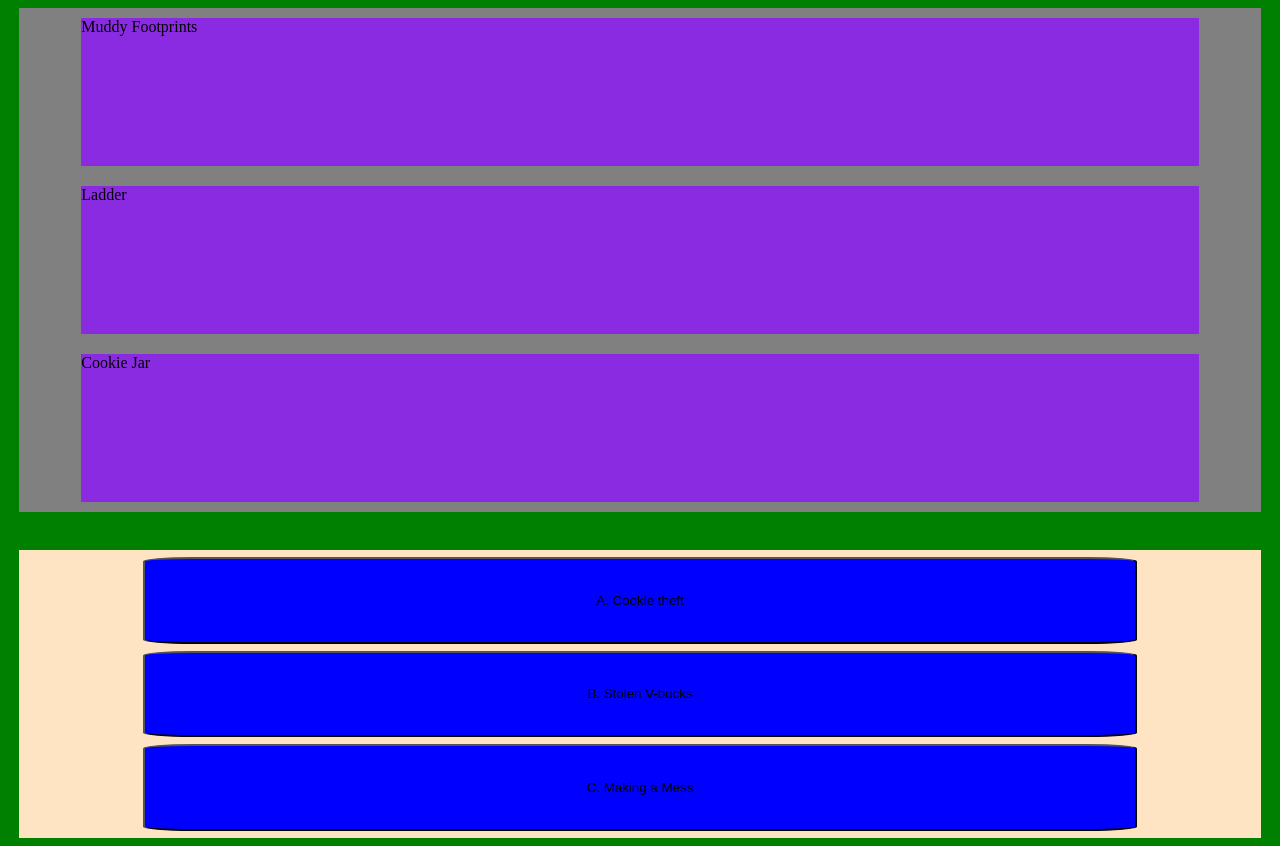
Repository: nguyenlejoe/Dynamic_notSoSherlock
Page: Alex Inductive Thinking/MultiChoice.html
An editor plug-in stored every save of this project. The page is shown before and after the next save, followed by the edit.
The browser window is 1280 px wide. The pictures show the whole page.

Above is the page before, as saved 2020-03-07 18:27:41.

### Alex Inductive Thinking/MultiChoice.html
<!DOCTYPE html>
<html>
    <head>
        <title>Inductive Thinking</title>
        <link rel="stylesheet" href="MultiChoice.css">
    </head>
    <body>
        <div id="clueStage">
            <div id="crimeScene">
                <div class="evidence" id="clue1" onclick="displayClue1()"></div>
                <div class="evidence" id="clue2" onclick="displayClue2()"></div>
                <div class="evidence" id="clue3" onclick="displayClue3()"></div>
            </div>
            <div id="multiChoice">
                <button class="InductiveChoice" name="1" id="buttonA">1</button>
                <button class="InductiveChoice" name="2" id="buttonB">2</button>
                <button class="InductiveChoice" name="3" id="buttonC">3</button>
        </div>
        </div>
        <script src="MultiChoice.js"></script>
    </body>

</html>

### Alex Inductive Thinking/MultiChoice.css

body{
    background-color: green;
}
#clueStage{
    display: flex;
    flex-direction: column;
    align-items: center;
}

#crimeScene{
    display: flex;
    flex-direction: column;
    height: 70vh;
    width: 97vw;
    background-color: grey;
    justify-content: center;
    align-items: center;

}
.evidence{
    width: 90%;
    height: 300px;
    background-color: blueviolet;
    margin: 10px;
}





#multiChoice{
    background-color:bisque;
    width: 97vw;
    height: 40vh;
    margin-top: 3%;
    display: flex;
    flex-direction: column;
    justify-content: space-evenly;
    justify-items: center;
    align-items: center;
}

.InductiveChoice{
    width: 80%;
    height: 30%;
    background-color: blue;
    border-radius: 05%;
}

### Alex Inductive Thinking/MultiChoice.js




///////////////////////////  OBJECTS  /////////////////////////
var Clues =[
    {
    item: "Muddy Footprints",
    description: "It seems like the culprit left muddy footprints upon the floor! ",
    multiChoice: [
        choiceA = ["A. Cookie theft", 1],
        choiceB = ["B. Stolen V-bucks", 2],
        choiceC = ["C. Making a Mess", 3]
        ],

    },

    {
        item: "Ladder",
        description: "I'm curious as to why is this ladder next to the counter!",
        multiChoice: [
            choiceA = ["A. Cookie theft", 1],
            choiceB = ["B. Stolen V-bucks", 2],
            choiceC = ["C. Making a Mess", 3]
            ],
    },

    {
        item: "Cookie Jar",
        description: " Hmmm intriguing, this cookie jar seems rather empty I wonder where all the cookies went? ",
        multiChoice: [
            choiceA = ["A. Cookie theft", 1],
            choiceB = ["B. Stolen V-bucks", 2],
            choiceC = ["C. Making a Mess", 3]
            ],
    }
]
   /* var multiChoice = [
        {a: "Cookie theft"},
        {b: "Stolen V-bucks"},
        {c: "Making a Mess"},
    ],
] */
///////////////////////////  MULTI CHOICE QUESTION  /////////////////////////


function addChoices(){
    document.querySelector("#buttonA").innerHTML =  Clues[0].multiChoice[0][0];
    document.querySelector("#buttonB").innerHTML =  Clues[0].multiChoice[1][0];
    document.querySelector("#buttonC").innerHTML =  Clues[0].multiChoice[2][0];
}
addChoices();


///////////////////////////  ADDING CLUES  /////////////////////////


function addClues(){
    document.querySelector("#clue1").innerHTML = Clues[0].item;
    document.querySelector("#clue2").innerHTML = Clues[1].item;
    document.querySelector("#clue3").innerHTML = Clues[2].item;
}
addClues()

///////////////////////////  CLUE DETAIL DISPLAY  /////////////////////////

function displayClue1(){
    alert(Clues[0].description);
}

function displayClue2(){
    alert(Clues[1].description);
}

function displayClue3(){
    alert(Clues[2].description);
}



///////////////////////////  CHECK ANSWER    /////////////////////////
/* var evidence = document.getElementsByClassName("InductiveChoice");

switch(evidence){
    case 1:
        console.log("You are Correct");
        break;
    case "2":
        console.log("You are Incorrect");
        break;
    case "3":
        console.log("You are Incorrectish");
        break;
}
*/

console.log(Clues[0].multiChoice[0][1])

After the next save:
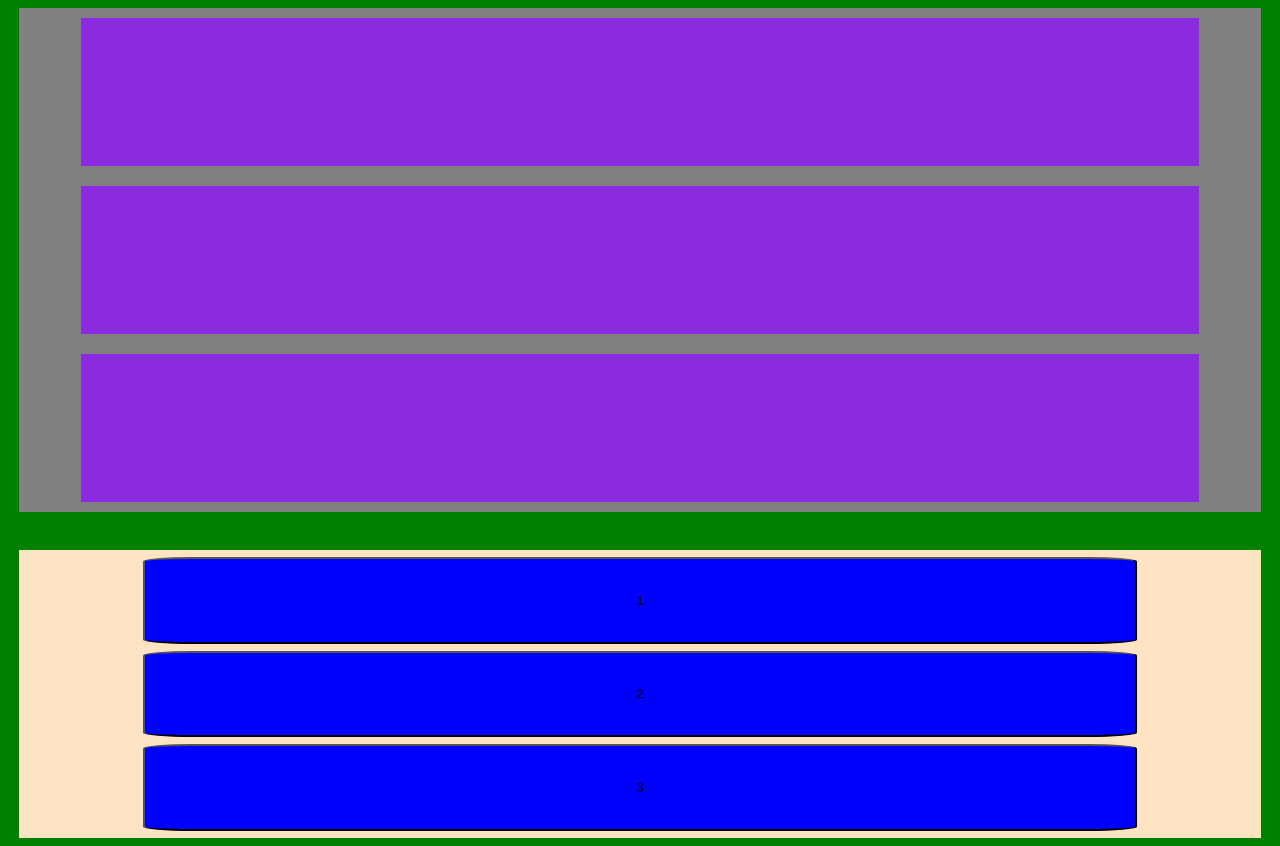
Console error: SyntaxError: Unexpected token ')'
Saved 2 min 29 s later.
--- a/Alex Inductive Thinking/MultiChoice.js
+++ b/Alex Inductive Thinking/MultiChoice.js
@@ -94,4 +94,13 @@
 }
 */
 
+var A = Clues[0].multiChoice[0][1];
+var B = Clues[0].multiChoice[1][1];
+var C = Clues[0].multiChoice[2][1];
 console.log(Clues[0].multiChoice[0][1])
+console.log(Clues[0].multiChoice[1][1])
+console.log(Clues[0].multiChoice[2][1])
+
+function Answer(){
+    if()
+}

After the 4 saves that followed:
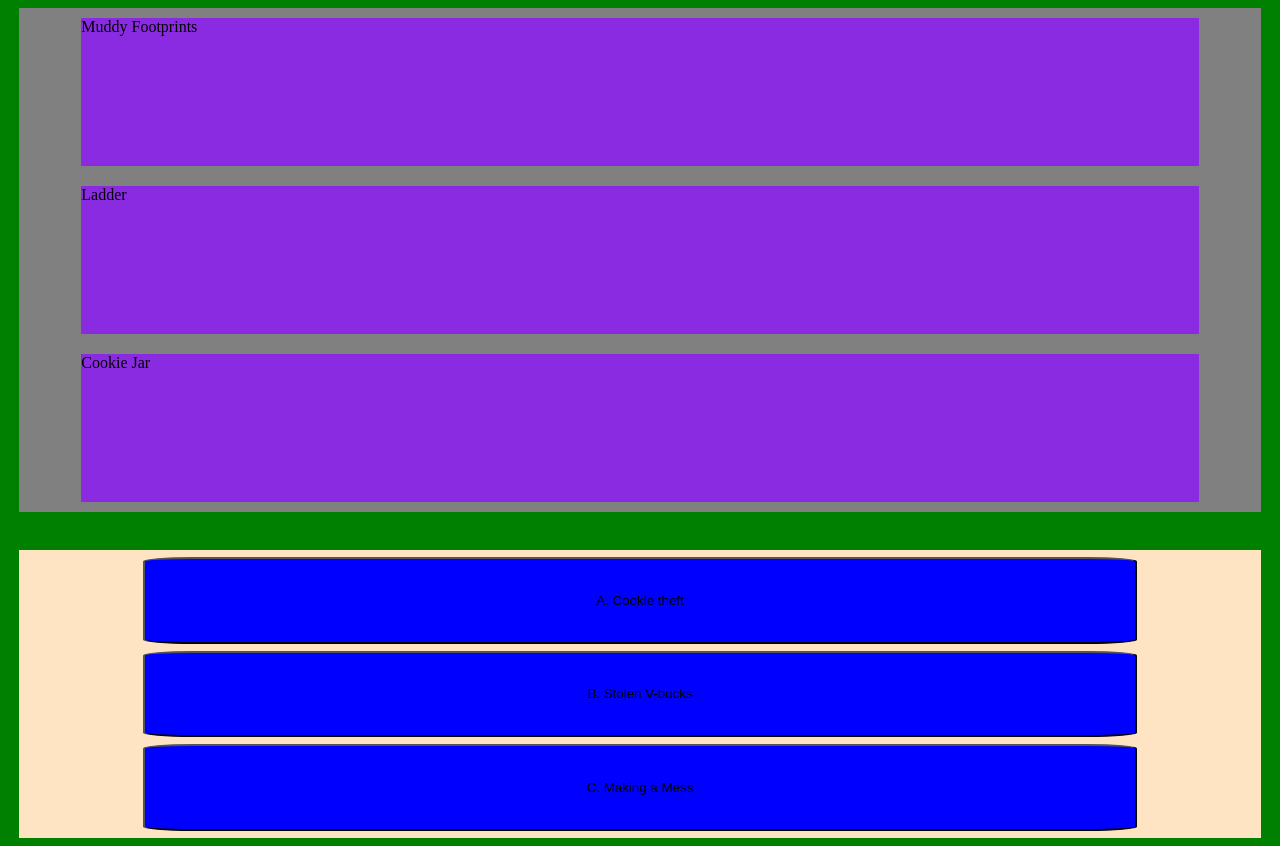
The error is gone.
The 4 saves are shown as one change because 3 left the picture as it was.
The last was saved 57 s later.
--- a/Alex Inductive Thinking/MultiChoice.js
+++ b/Alex Inductive Thinking/MultiChoice.js
@@ -97,10 +97,6 @@
 var A = Clues[0].multiChoice[0][1];
 var B = Clues[0].multiChoice[1][1];
 var C = Clues[0].multiChoice[2][1];
-console.log(Clues[0].multiChoice[0][1])
-console.log(Clues[0].multiChoice[1][1])
-console.log(Clues[0].multiChoice[2][1])
-
-function Answer(){
-    if()
-}
+console.log(Clues[0].multiChoice[0][1]);
+console.log(Clues[0].multiChoice[1][1]);
+console.log(Clues[0].multiChoice[2][1]);
